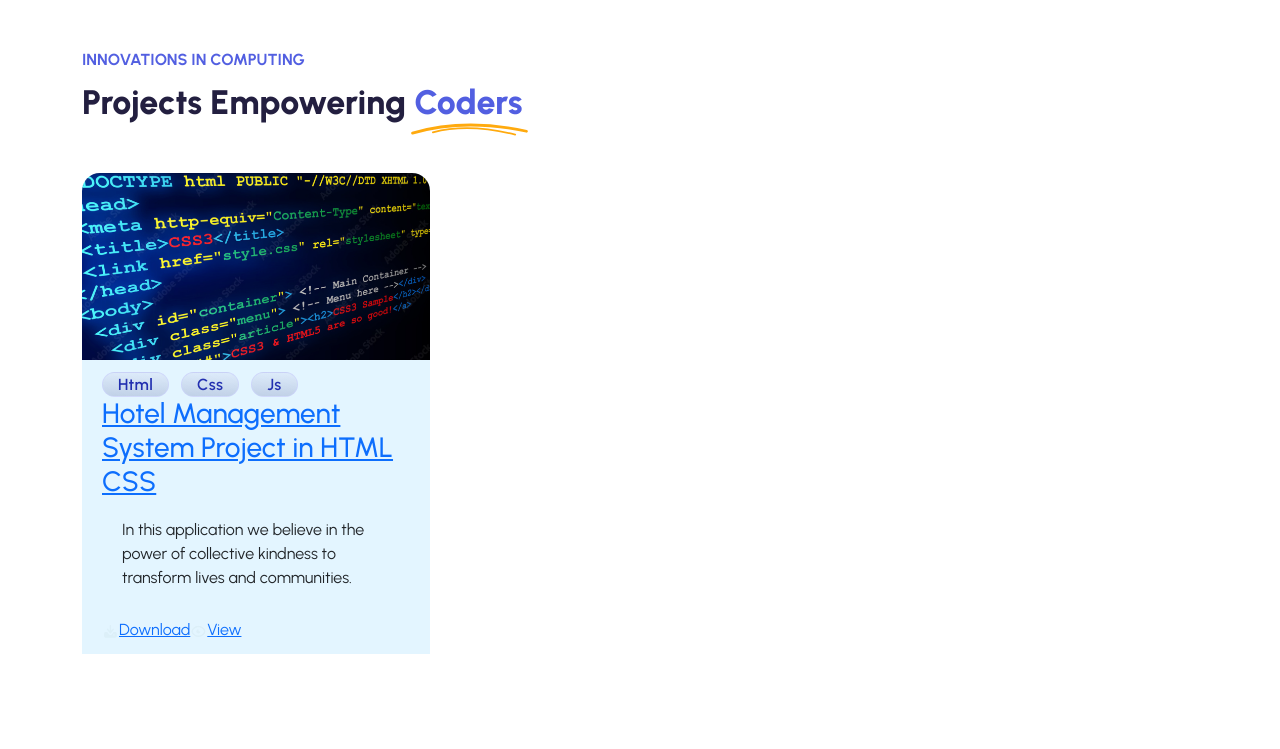
Repository: sharma171/jtccreativeideas
Page: /newsection (app in nextjssite/)
These files come from the project's save history. The page is drawn as it stood at one moment and after the next save; the edit follows.
The browser window is 1280 px wide. The pictures show the whole page.
The project was rebuilt for these pictures with package versions that can differ from the ones it lists, and the page was loaded fresh each time. The framework's server and built-in components were replaced by stand-ins that run in the browser. Also part of the build but not shown: nextjssite/next.config.mjs.

Above is the page before, as saved 2024-03-28 13:10:38.

After the next save:
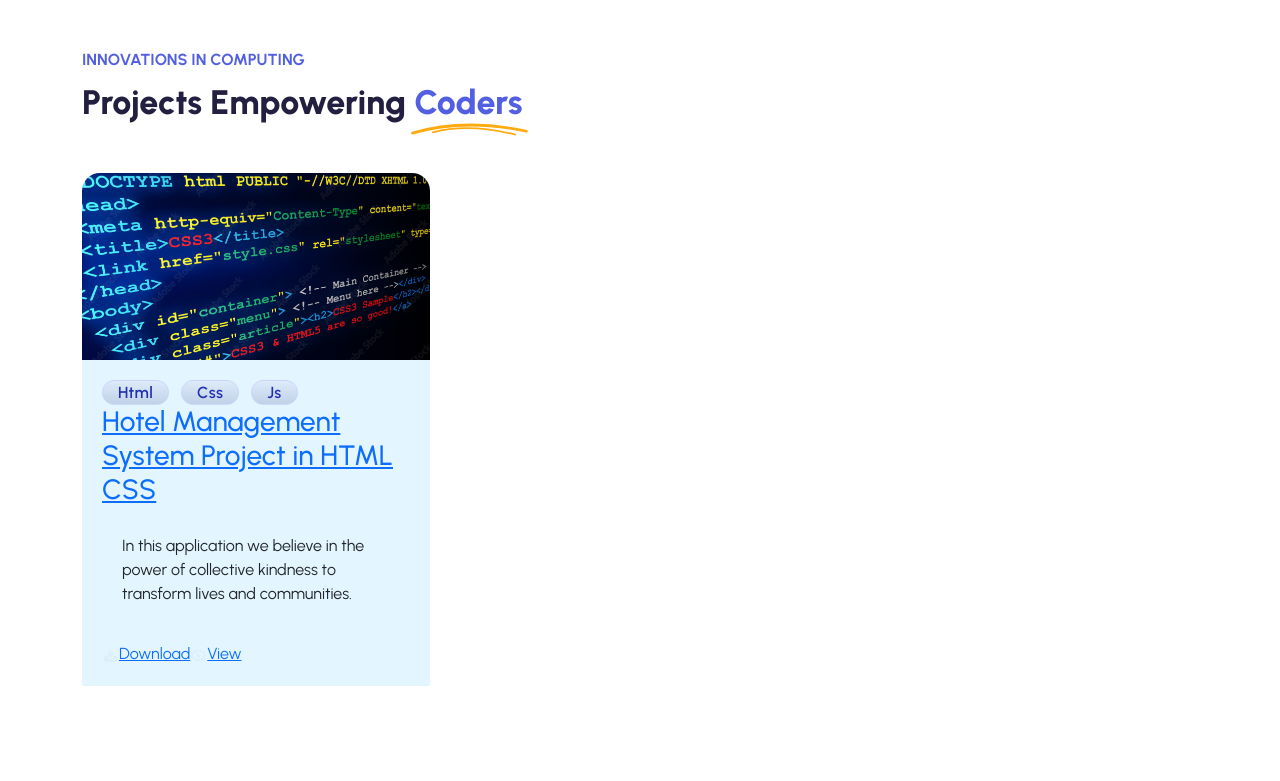
Saved 2 min 8 s later.
--- a/nextjssite/src/app/newsection/page.css
+++ b/nextjssite/src/app/newsection/page.css
@@ -57,7 +57,7 @@ section.projects {
     border-top-right-radius: 18px;
 }
 .project-cards li .card-inner .info {
-    padding: 12px 20px;
+    padding: 20px 20px;
     display: flex;
     flex-direction: column;
 }
